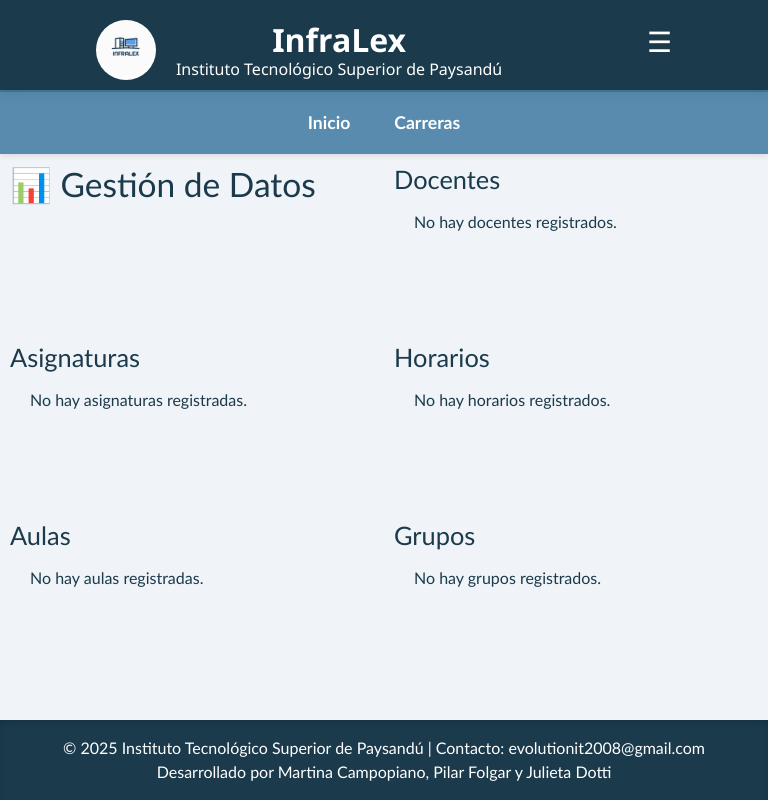
Repository: pilarfolgar/PROYECTO-2025
Page: http://localhost/PROYECTO-2025/indexadministrativoDatos.php
The author's editor kept a copy of each file at every save. The page is drawn from the files as they stood at one save, then again after a run of saves.
The browser window is 768 px wide. The pictures show the whole page.
The page is run by PHP 8.4 with error messages shown; the project is at /var/www/html/. Queries for data that is not in the repository find no rows.

Above is the page before, as saved 2025-10-20 08:35:41.
Not found: PROYECTO-2025/styleindexadministrativoDatos.css

### indexadministrativoDatos.php
<?php
session_start();
require("conexion.php");
$con = conectar_bd();
?>

<!DOCTYPE html>
<html lang="es">
<head>
  <meta charset="UTF-8">
  <meta name="viewport" content="width=device-width, initial-scale=1.0">
  <title>Panel Administrativo - Gestión de Datos</title>
  <link rel="stylesheet" href="https://cdn.jsdelivr.net/npm/bootstrap@5.3.7/dist/css/bootstrap.min.css">
  <link rel="stylesheet" href="styleindexadministrativoDatos.css">

  <script src="https://cdn.jsdelivr.net/npm/bootstrap@5.3.7/dist/js/bootstrap.bundle.min.js"></script>
  <script src="https://cdn.jsdelivr.net/npm/sweetalert2@11"></script>
</head>
<body>
<?php require("header.php"); ?>

<main class="contenedor">
  <h1 class="mb-4">📊 Gestión de Datos</h1>

  <!-- DOCENTES -->
  <section class="mb-5">
    <h3>Docentes</h3>
    <?php
    $sql = "SELECT * FROM usuario WHERE rol='docente' ORDER BY nombrecompleto";
    $result = $con->query($sql);
    if($result && $result->num_rows > 0):
    ?>
    <div class="table-responsive">
      <table class="table table-bordered table-striped">
        <thead class="table-dark">
          <tr>
            <th>Cédula</th>
            <th>Nombre</th>
            <th>Apellido</th>
            <th>Email</th>
            <th>Teléfono</th>
            <th>Acciones</th>
          </tr>
        </thead>
        <tbody>
        <?php while($row = $result->fetch_assoc()): ?>
          <tr>
            <td><?= $row['cedula'] ?></td>
            <td><?= htmlspecialchars($row['nombrecompleto']) ?></td>
            <td><?= htmlspecialchars($row['apellido']) ?></td>
            <td><?= htmlspecialchars($row['email']) ?></td>
            <td><?= htmlspecialchars($row['telefono']) ?></td>
            <td>
              <a href="editar-docente.php?cedula=<?= $row['cedula'] ?>" class="btn btn-sm btn-primary">Editar</a>
              <a href="eliminar-docente.php?cedula=<?= $row['cedula'] ?>" class="btn btn-sm btn-danger" onclick="return confirm('¿Seguro que deseas eliminar este docente?');">Eliminar</a>
            </td>
          </tr>
        <?php endwhile; ?>
        </tbody>
      </table>
    </div>
    <?php else: ?>
      <p>No hay docentes registrados.</p>
    <?php endif; ?>
  </section>

  <!-- ASIGNATURAS -->
  <section class="mb-5">
    <h3>Asignaturas</h3>
    <?php
    $sql = "SELECT a.*, GROUP_CONCAT(u.nombrecompleto,' ',u.apellido SEPARATOR ', ') AS docentes_asignados
            FROM asignatura a
            LEFT JOIN docente_asignatura da ON a.id_asignatura = da.id_asignatura
            LEFT JOIN usuario u ON da.cedula_docente = u.cedula
            GROUP BY a.id_asignatura
            ORDER BY a.nombre";
    $result = $con->query($sql);
    if($result && $result->num_rows > 0):
    ?>
    <div class="table-responsive">
      <table class="table table-bordered table-striped">
        <thead class="table-dark">
          <tr>
            <th>ID</th>
            <th>Nombre</th>
            <th>Código</th>
            <th>Docentes</th>
            <th>Acciones</th>
          </tr>
        </thead>
        <tbody>
        <?php while($row = $result->fetch_assoc()): ?>
          <tr>
            <td><?= $row['id_asignatura'] ?></td>
            <td><?= htmlspecialchars($row['nombre']) ?></td>
            <td><?= htmlspecialchars($row['codigo']) ?></td>
            <td><?= htmlspecialchars($row['docentes_asignados'] ?? '—') ?></td>
            <td>
              <a href="editar-asignatura.php?id=<?= $row['id_asignatura'] ?>" class="btn btn-sm btn-primary">Editar</a>
              <a href="eliminar-asignatura.php?id=<?= $row['id_asignatura'] ?>" class="btn btn-sm btn-danger" onclick="return confirm('¿Seguro que deseas eliminar esta asignatura?');">Eliminar</a>
            </td>
          </tr>
        <?php endwhile; ?>
        </tbody>
      </table>
    </div>
    <?php else: ?>
      <p>No hay asignaturas registradas.</p>
    <?php endif; ?>
  </section>

  <!-- HORARIOS -->
  <section class="mb-5">
    <h3>Horarios</h3>
    <?php
    $sql = "SELECT h.*, a.nombre AS asignatura, g.nombre AS grupo
            FROM horarios h
            LEFT JOIN asignatura a ON h.id_asignatura = a.id_asignatura
            LEFT JOIN grupo g ON h.id_grupo = g.id_grupo
            ORDER BY h.dia, h.hora_inicio";
    $result = $con->query($sql);
    if($result && $result->num_rows > 0):
    ?>
    <div class="table-responsive">
      <table class="table table-bordered table-striped">
        <thead class="table-dark">
          <tr>
            <th>ID</th>
            <th>Asignatura</th>
            <th>Día</th>
            <th>Hora Inicio</th>
            <th>Hora Fin</th>
            <th>Grupo</th>
            <th>Clase</th>
            <th>Aula</th>
            <th>Acciones</th>
          </tr>
        </thead>
        <tbody>
        <?php while($row = $result->fetch_assoc()): ?>
          <tr>
            <td><?= $row['id_horario'] ?></td>
            <td><?= htmlspecialchars($row['asignatura'] ?? '—') ?></td>
            <td><?= $row['dia'] ?></td>
            <td><?= $row['hora_inicio'] ?></td>
            <td><?= $row['hora_fin'] ?></td>
            <td><?= htmlspecialchars($row['grupo'] ?? '—') ?></td>
            <td><?= htmlspecialchars($row['clase']) ?></td>
            <td><?= htmlspecialchars($row['aula']) ?></td>
            <td>
              <a href="editar-horario.php?id=<?= $row['id_horario'] ?>" class="btn btn-sm btn-primary">Editar</a>
              <a href="eliminar-horario.php?id=<?= $row['id_horario'] ?>" class="btn btn-sm btn-danger" onclick="return confirm('¿Seguro que deseas eliminar este horario?');">Eliminar</a>
            </td>
          </tr>
        <?php endwhile; ?>
        </tbody>
      </table>
    </div>
    <?php else: ?>
      <p>No hay horarios registrados.</p>
    <?php endif; ?>
  </section>

  <!-- AULAS -->
<section class="mb-5">
  <h3>Aulas</h3>
  <?php
  $sql = "SELECT a.*,
                 GROUP_CONCAT(r.nombre SEPARATOR ', ') AS recursos
          FROM aula a
          LEFT JOIN aula_recurso ar ON a.id_aula = ar.id_aula
          LEFT JOIN recurso r ON ar.id_recurso = r.id_recurso
          GROUP BY a.id_aula
          ORDER BY a.codigo";
  $result = $con->query($sql);
  if($result && $result->num_rows > 0):
  ?>
  <div class="table-responsive">
    <table class="table table-bordered table-striped">
      <thead class="table-dark">
        <tr>
          <th>Código</th>
          <th>Capacidad</th>
          <th>Ubicación</th>
          <th>Tipo</th>
          <th>Recursos</th>
          <th>Acciones</th>
        </tr>
      </thead>
      <tbody>
      <?php while($row = $result->fetch_assoc()): ?>
        <tr>
          <td><?= htmlspecialchars($row['codigo']) ?></td>
          <td><?= htmlspecialchars($row['capacidad']) ?></td>
          <td><?= htmlspecialchars($row['ubicacion']) ?></td>
          <td><?= htmlspecialchars($row['tipo']) ?></td>
          <td><?= htmlspecialchars($row['recursos'] ?? '—') ?></td>
          <td>
            <a href="editar-aula.php?codigo=<?= urlencode($row['codigo']) ?>" class="btn btn-sm btn-primary">Editar</a>
            <a href="eliminar-aula.php?codigo=<?= urlencode($row['codigo']) ?>" class="btn btn-sm btn-danger" onclick="return confirm('¿Seguro que deseas eliminar esta aula?');">Eliminar</a>
          </td>
        </tr>
      <?php endwhile; ?>
      </tbody>
    </table>
  </div>
  <?php else: ?>
    <p>No hay aulas registradas.</p>
  <?php endif; ?>
</section>


  <!-- GRUPOS -->
  <section class="mb-5">
    <h3>Grupos</h3>
    <?php
    $sql = "SELECT g.*, GROUP_CONCAT(a.nombre SEPARATOR ', ') AS asignaturas
            FROM grupo g
            LEFT JOIN grupo_asignatura ga ON g.id_grupo = ga.id_grupo
            LEFT JOIN asignatura a ON ga.id_asignatura = a.id_asignatura
            GROUP BY g.id_grupo
            ORDER BY g.nombre";
    $result = $con->query($sql);
    if($result && $result->num_rows > 0):
    ?>
    <div class="table-responsive">
      <table class="table table-bordered table-striped">
        <thead class="table-dark">
          <tr>
            <th>ID</th>
            <th>Nombre</th>
            <th>Orientación</th>
            <th>Cant. Estudiantes</th>
            <th>Asignaturas</th>
            <th>Acciones</th>
          </tr>
        </thead>
        <tbody>
        <?php while($row = $result->fetch_assoc()): ?>
          <tr>
            <td><?= $row['id_grupo'] ?></td>
            <td><?= htmlspecialchars($row['nombre']) ?></td>
            <td><?= htmlspecialchars($row['orientacion']) ?></td>
            <td><?= $row['cantidad_estudiantes'] ?></td>
            <td><?= htmlspecialchars($row['asignaturas'] ?? '—') ?></td>
            <td>
              <a href="editar-grupo.php?id=<?= $row['id_grupo'] ?>" class="btn btn-sm btn-primary">Editar</a>
              <a href="eliminar-grupo.php?id=<?= $row['id_grupo'] ?>" class="btn btn-sm btn-danger" onclick="return confirm('¿Seguro que deseas eliminar este grupo?');">Eliminar</a>
            </td>
          </tr>
        <?php endwhile; ?>
        </tbody>
      </table>
    </div>
    <?php else: ?>
      <p>No hay grupos registrados.</p>
    <?php endif; ?>
  </section>

</main>
<?php
// Mostrar SweetAlert si hay mensaje de éxito o error
$tipos = ['aula', 'grupo', 'docente', 'horario', 'asignatura'];

foreach ($tipos as $tipo) {
    if (isset($_SESSION["msg_$tipo"])) {
        $mensaje = $_SESSION["msg_$tipo"];
        echo "<script>
            Swal.fire({
                icon: 'success',
                title: 'Éxito',
                text: '$mensaje',
                confirmButtonColor: '#3085d6'
            });
        </script>";
        unset($_SESSION["msg_$tipo"]);
    }

    if (isset($_SESSION["error_$tipo"])) {
        $mensaje = $_SESSION["error_$tipo"];
        echo "<script>
            Swal.fire({
                icon: 'error',
                title: 'Error',
                text: '$mensaje',
                confirmButtonColor: '#d33'
            });
        </script>";
        unset($_SESSION["error_$tipo"]);
    }
}
?>

<script src="https://cdn.jsdelivr.net/npm/sweetalert2@11"></script>



<?php require("footer.php"); ?>
</body>
</html>

### conexion.php
<?php

//definir variables de conexion

function conectar_bd(){

 $servidor = "127.0.0.1:3307";
$bd = "db_evolutionit";
$usuario = "root";
$pass = "";

//definir la conexion usando las variables.

$conn = mysqli_connect($servidor, $usuario, $pass, $bd);


// Comprobar la conexión
if (!$conn) {
    die("Error de conexion " . mysqli_connect_error());
}
/*echo "Conectado correctamente <hr>";*/

//devuelvo la conexion
return $conn;

}


$con= conectar_bd();

### header.php
<!-- HEADER -->
<header style="display:flex;justify-content:space-between;align-items:center;background:#1B3A4B;color:white;padding:20px 30px;position:relative; height:90px;">
  <div style="display:flex;align-items:center;gap:20px;">
    <!-- Logo redondo -->
    <img src="imagenes/logopoyecto.png" alt="Logo" style="height:60px;width:60px;border-radius:50%;">
    <!-- Título -->
    <div>
      <h1 style="margin:0;font-size:32px;font-family:'Segoe UI',sans-serif;font-weight:bold;">InfraLex</h1>
      <h6 style="margin:0;font-size:16px;font-family:'Segoe UI',sans-serif;font-weight:normal;">Instituto Tecnológico Superior de Paysandú</h6>
    </div>
  </div>
  <div style="display:flex;align-items:center;gap:15px;position:relative;">
    <!-- Botón menú desplegable -->
    <button id="menuBtn" style="font-size:28px;background:none;border:none;color:white;cursor:pointer;">☰</button>
  </div>
</header>

<!-- NAV ABAJO -->
<nav style="display:flex;justify-content:center;gap:20px;background:#588BAE;padding:12px;border-top:2px solid #417899;">
  <a href="index.php" style="color:white;text-decoration:none;padding:6px 12px;">Inicio</a>
  <a href="" style="color:white;text-decoration:none;padding:6px 12px;">Carreras</a>
</nav>

<!-- MENÚ DESPLEGABLE -->
<div id="menu" style="display:none;position:absolute;top:90px;right:30px;background:#417899;padding:12px;border-radius:8px;flex-direction:column;">
  <a href="logout.php" style="color:white;text-decoration:none;padding:8px;display:block;">Log Out</a>
  <a href="perfil.php" style="color:white;text-decoration:none;padding:8px;display:block;">Mi Perfil</a>
</div>

<script>
  // Desplegar o cerrar menú
  const btnMenu = document.getElementById('menuBtn');
  const menu = document.getElementById('menu');
  btnMenu.onclick = () => menu.style.display = menu.style.display === 'flex' ? 'none' : 'flex';
</script>

### footer.php
<?php
?>
<link rel="stylesheet" href="style.css">
<footer class="footer">
    &copy; 2025 Instituto Tecnológico Superior de Paysandú | Contacto: evolutionit2008@gmail.com <br>
    Desarrollado por Martina Campopiano, Pilar Folgar y Julieta Dotti
</footer>

Loaded but not shown: style.css (905 lines, source omitted)

After the next 2 saves:
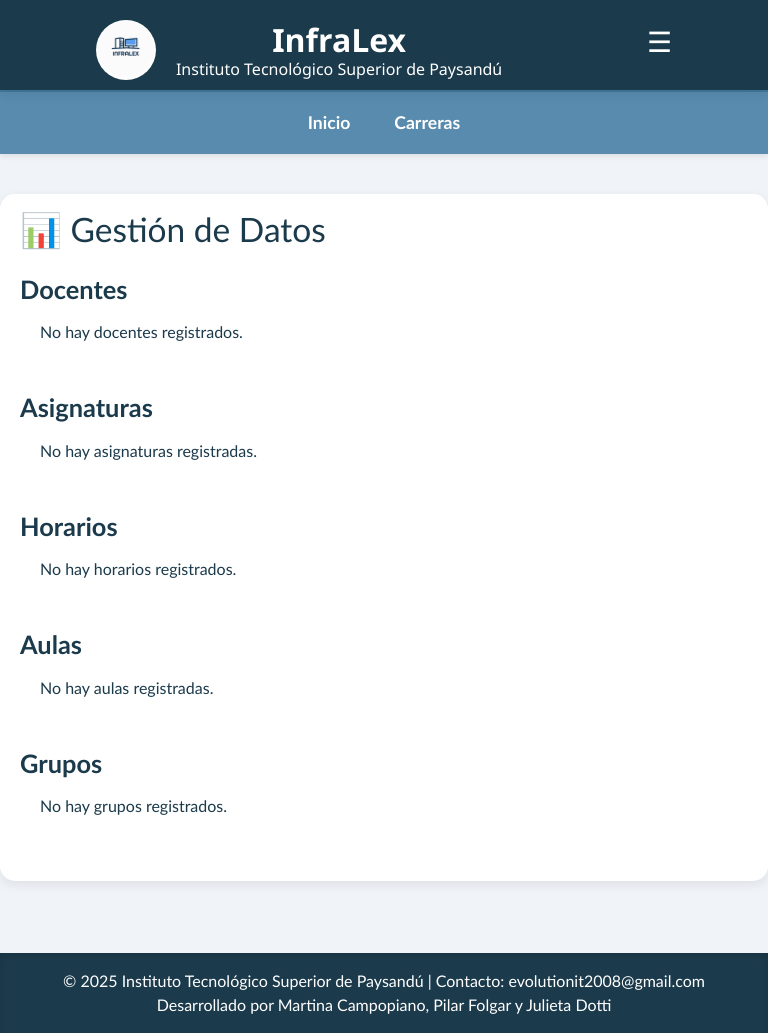
The 2 saves are shown as one change because they came seconds apart.
The last was saved 3 min 48 s later.
--- /dev/null
+++ b/styleindexadministrativoDatos.css
@@ -0,0 +1,136 @@
+/* ================= VARIABLES ================= */
+:root {
+  --primario: #1B3A4B;
+  --secundario: #588BAE;
+  --acento: #A2D5F2;
+  --fondo: #F0F4F8;
+  --texto: #1B3A4B;
+  --hover: #417899;
+}
+
+/* ================= RESET Y BODY ================= */
+* {
+  box-sizing: border-box;
+  margin: 0;
+  padding: 0;
+  font-family: 'Gill Sans', 'Gill Sans MT', Calibri, 'Trebuchet MS', sans-serif;
+}
+
+body {
+  background-color: var(--fondo);
+  color: var(--texto);
+  transition: background 0.3s, color 0.3s;
+  display: flex;
+  flex-direction: column;
+  min-height: 100vh;
+}
+
+main.contenedor {
+  display: block;
+  width: 100%;
+  max-width: 1400px;
+  margin: 40px auto;
+  padding: 30px 50px;
+  background-color: #fff;
+  border-radius: 15px;
+  box-shadow: 0 4px 12px rgba(0,0,0,0.08);
+}
+
+main.contenedor section {
+  display: block;
+  width: 100%;
+  clear: both;
+  float: none;
+  margin-bottom: 60px;
+}
+
+section h3 {
+  margin-bottom: 1rem;
+  color: var(--primario);
+  font-weight: 700;
+}
+
+/* ================= TABLAS ================= */
+.table-responsive {
+  display: block;
+  width: 100%;
+  margin: 0 auto;
+  clear: both;
+  overflow-x: auto;
+}
+
+.table {
+  width: 100%;
+  border-collapse: collapse;
+  background-color: #fff;
+  border-radius: 10px;
+  overflow: hidden;
+  box-shadow: 0 2px 10px rgba(0,0,0,0.08);
+}
+
+.table thead {
+  background: linear-gradient(135deg, var(--secundario), var(--primario));
+  color: #fff;
+  text-transform: uppercase;
+  font-size: 0.85rem;
+  letter-spacing: 0.4px;
+}
+
+.table th, .table td {
+  text-align: center;
+  padding: 12px;
+  vertical-align: middle;
+}
+
+.table tbody tr:hover {
+  background-color: #f9fbff;
+  transform: scale(1.01);
+  transition: 0.15s ease;
+}
+
+/* ================= BOTONES ================= */
+.table .btn {
+  padding: 6px 12px;
+  border-radius: 6px;
+  font-size: 0.85rem;
+  font-weight: 600;
+  border: none;
+  cursor: pointer;
+  transition: 0.2s ease;
+}
+
+.table .btn-primary {
+  background-color: var(--secundario);
+  color: #fff;
+}
+
+.table .btn-primary:hover {
+  background-color: var(--hover);
+}
+
+.table .btn-danger {
+  background-color: #dc3545;
+  color: #fff;
+}
+
+.table .btn-danger:hover {
+  background-color: #b02a37;
+}
+
+/* ================= RESPONSIVE ================= */
+@media (max-width: 1024px) {
+  main.contenedor {
+    padding: 20px 30px;
+  }
+}
+
+@media (max-width: 768px) {
+  main.contenedor {
+    padding: 15px 20px;
+  }
+  .table th, .table td {
+    padding: 8px;
+  }
+}
+
+/* ================= FIN ================= */
